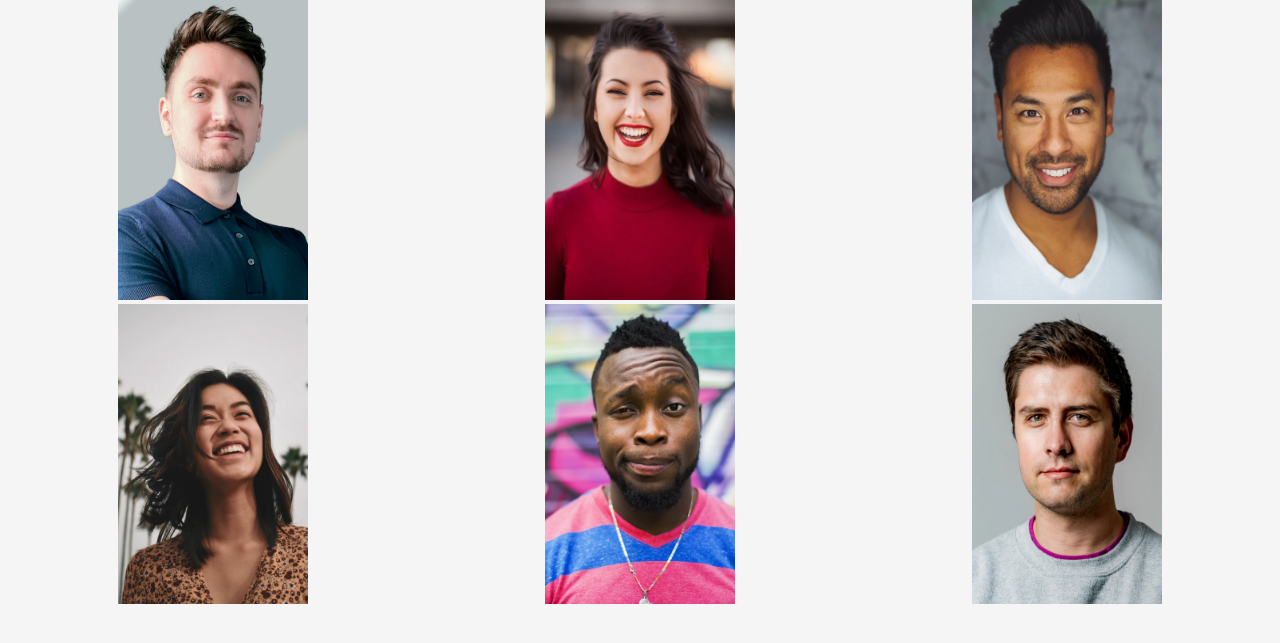
Repository: georgisenze/my-team-page-challeng
Page: index.html
An editor plug-in stored every save of this project. The page is shown before and after the next save, followed by the edit.
The browser window is 1280 px wide. The pictures show the whole page.

Above is the page before, as saved 2023-02-22 22:00:55.

After the next save:
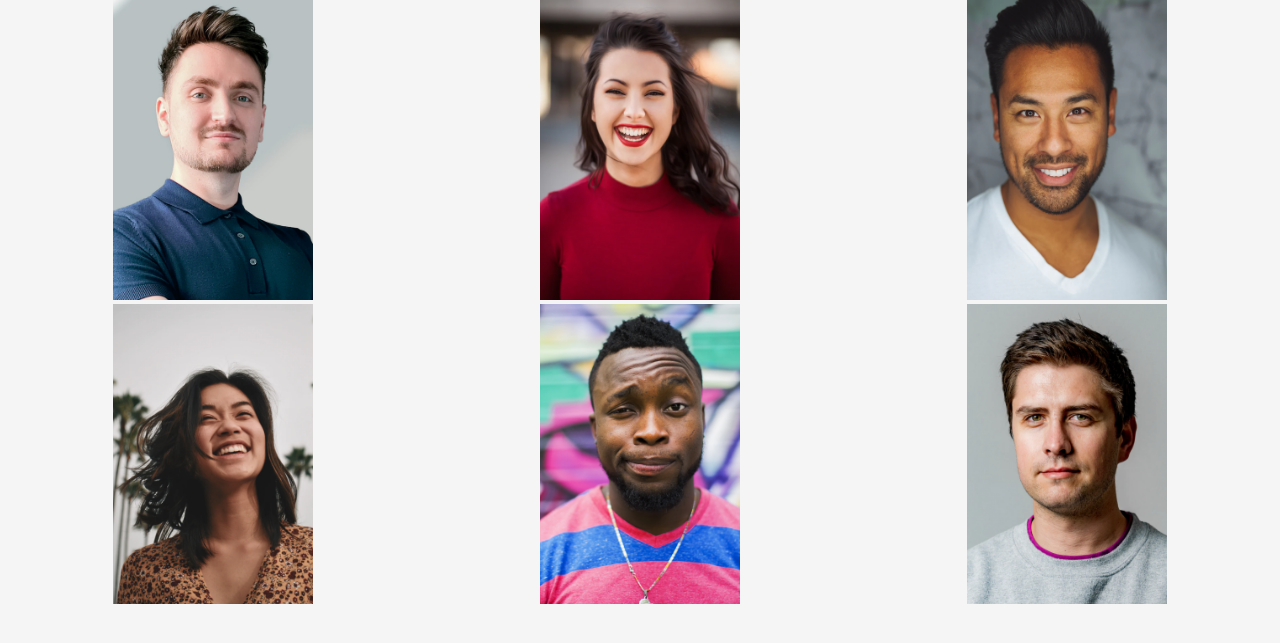
Saved 9 s later.
--- a/assets/css/style.css
+++ b/assets/css/style.css
@@ -20,7 +20,7 @@
   }
 
   img {
-    width: 190px;
+    width: 200px;
     height: 300px;
   }
 
